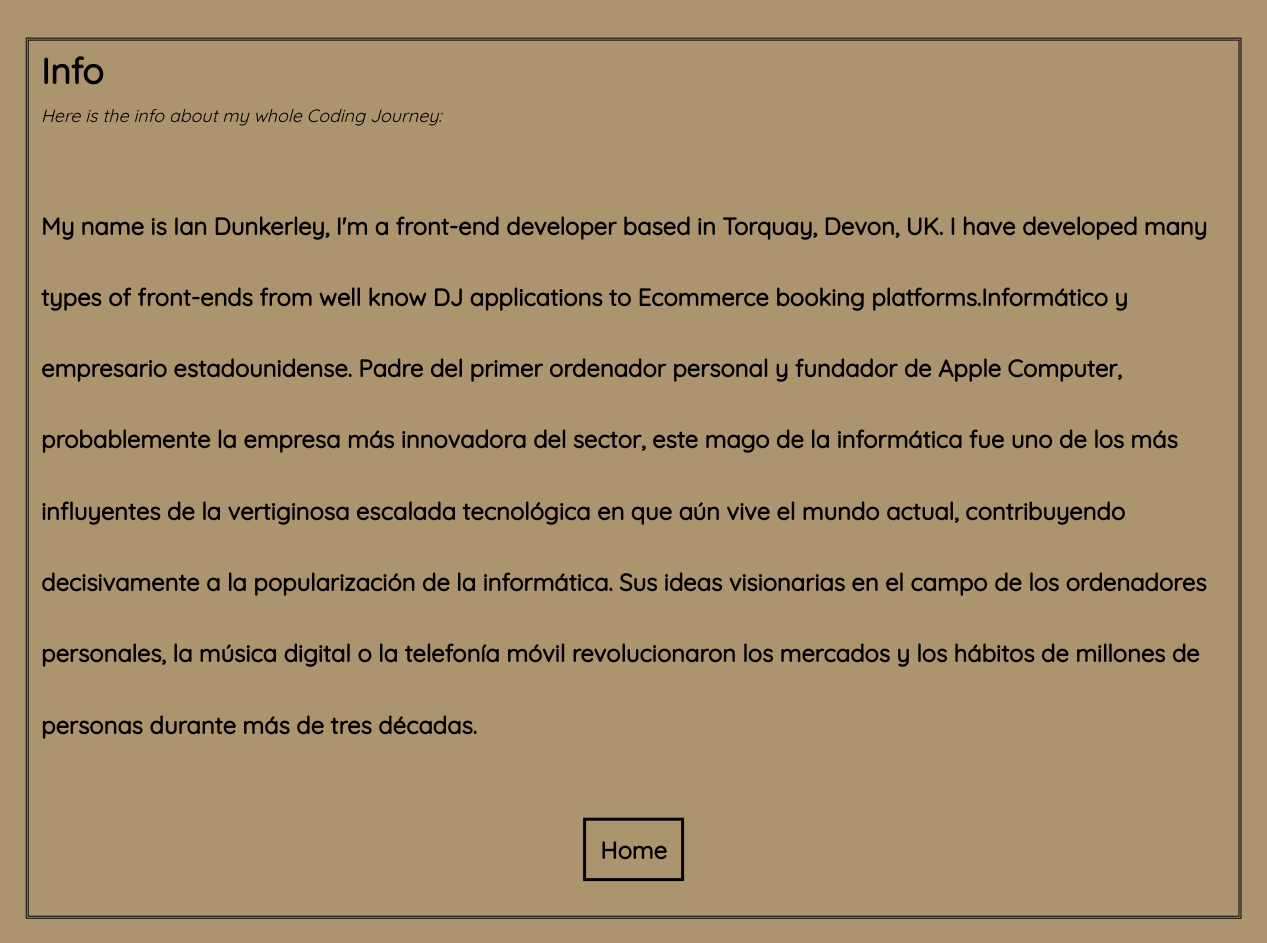
Repository: rickypcyt/ricky-react-portfolio
Page: /Info
These files come from the project's save history. The page is drawn as it stood at one moment and after the next save; the edit follows.
The browser window is 1280 px wide. The pictures show the whole page, at 99% of full size.
The project was rebuilt for these pictures with package versions that can differ from the ones it lists, and the page was loaded fresh each time. Also part of the build but not shown: src/Content.js, src/pages/Projects.js, src/pages/Contact.js, src/pages/WebMural.js, src/pages/NotesJS.js.

Above is the page before, as saved 2022-09-12 18:19:11.

### src/index.js
import React from "react";
import ReactDOM from "react-dom/client";
import "./index.css";
import App from "./App";
import reportWebVitals from "./reportWebVitals";
import { BrowserRouter, Routes, Route, Switch } from "react-router-dom";

const root = ReactDOM.createRoot(document.getElementById("root"));
root.render(
  <React.StrictMode>
    <BrowserRouter>
      <App />
    </BrowserRouter>
  </React.StrictMode>
);

// If you want to start measuring performance in your app, pass a function
// to log results (for example: reportWebVitals(console.log))
// or send to an analytics endpoint. Learn more: https://bit.ly/CRA-vitals
reportWebVitals();

### src/index.css
@import url("https://fonts.googleapis.com/css2?family=Quicksand");

input[type="file"] {
  display: none;
}
.container {
  top: 0%;
  left: 0%;
}
::marker {
  display: none;
}
.image-container {
  width: 100%;
  margin: auto;
  display: flex;
  flex-direction: row;
  justify-content: space-evenly;
  gap: 15px;
  padding: 10px;
}
body {
  line-height: 1;
  font-family: "Quicksand";
  font-size: large;
  margin: 2%;
  padding: 1%;
  border-style: double;
  margin-top: 3%;
  background: #ac946e;
}
ol {
  list-style: none;
  display: flex;
  padding: 0;
  justify-content: space-around;
  align-items: flex-start;
  display: flex;
  flex-wrap: wrap;
  align-content: center;
}
.content {
  position: absolute;
  right: calc(var(--pad) * 2);
  bottom: calc(var(--pad) * 2);
  white-space: nowrap;
}
.parrafo {
  line-height: 1.5;
  text-align: end;
  font-size: larger;
  padding-top: 1%;
}
.parrafo span {
  display: block;
}
.titulo {
  margin: 0;
}
.oli {
  font-weight: bold;
  border-style: solid;
  font-size: x-large;
  padding: 1ch;
}
.descripcion {
  font-weight: lighter;
  font-style: oblique;
}
.oli:hover {
  color: black;
  border-style: dotted;
}
.page {
  padding-top: 2%;
  padding-bottom: 3%;
}
.pageContact {
  padding-top: 8%;
  padding-bottom: 9%;
}
.cabeceranavi {
  padding-bottom: 2%;
}
p {
  font-weight: bold;
}
a {
  color: black;
  text-decoration: none;
  padding: 0ch;
}
span {
  font-size: larger;
}
li {
  width: 7%;
  height: 10%;
}
ul {
  list-style-type: none;
  margin: 0%;
  display: flex;
  align-items: center;
  flex-direction: row;
  padding-top: 5%;
  padding-bottom: 5%;
  padding-left: 0%;
  justify-content: space-around;
}
.imagenes {
  display: block;
  height: auto;
  width: auto;
  padding-top: 5%;
  padding-bottom: 5%;
}

.imagenesproyect {
  position: relative;
}
.fixer {
  display: flex;
  flex-direction: row;
  justify-content: space-evenly;
  padding-bottom: 3%;
}
.overlay {
  position: absolute;
  top: 0.83cm;

  background: rgb(0, 0, 0);
  background: rgb(2, 0.3, 0.9, 0.6); /* Black see-through */
  color: #f1f1f1;
  width: 100%;
  transition: 0.5s ease;
  color: white;
  text-align: center;
  font-size: 20px;
  padding-top: 20px;
  padding-bottom: 20px;
  opacity: 0;
}
.imagenesproyect:hover .overlay {
  opacity: 1;
}
.overlay2 {
  position: absolute;
  bottom: 31px;
  background: rgb(0, 0, 0);
  background: rgba(40, 40, 40, 0.6); /* Black see-through */
  color: #f1f1f1;
  width: 100%;
  transition: 0.5s ease;
  color: white;
  text-align: center;
  font-size: 20px;
  padding-top: 20px;
  padding-bottom: 20px;
  opacity: 0;
}
.imagenesproyect:hover .overlay2 {
  opacity: 1;
}

.homeinfo {
  font-size: x-large;
  line-height: 300%;
}

@media screen and (max-width: 1340px) {
  .fixer {
    flex-direction: column;
    justify-content: center;
  }
  .imagenes {
    height: auto;
    width: 100%;
  }
  ol {
  }
}

.image-container {
  width: auto;
  margin: auto;
  /* display: flex; */
  flex-wrap: wrap;
  gap: 15px;
  padding: 10px;
}

.image-container img {
  max-width: 100%;
  max-height: 225px;
}

.container .image-container .image {
  border: 4px solid black;
  overflow: hidden;
  /* cursor: pointer; */
}

.container .image-container .image img {
  height: 100%;
  width: 100%;
}
@media (max-width: 700px) {
  .image-container img {
    max-height: -10px;
  }
  .cabeceranavi {
    padding-bottom: 7%;
  }
  .homeinfo {
    font-size: x-large;
    line-height: 150%;
  }
}

.image:hover {
  transform: scale(
    1.15
  ); /* (150% zoom - Note: if the zoom is too large, it will go outside of the viewport) */
}

### src/App.js
import Content from "./Content";
import Info from "./pages/Info";
import Projects from "./pages/Projects";
import Contact from "./pages/Contact";
import WebMural from "./pages/WebMural";
import NotesJS from "./pages/NotesJS";
import { Route, Routes, Switch } from "react-router-dom";

function App() {
  return (
    <>
      <Routes>
        <Route path="/" element={<Content />}/>
        <Route path="/Projects" element={<Projects />} />
        <Route path="/Info" element={<Info />} />
        <Route path="/Contact" element={<Contact />} />
        <Route path="/WebMural" element={<WebMural />} />
        <Route path="/NotesJS" element={<NotesJS />} />
      </Routes>
    </>
  );
}
export default App;

### src/pages/Info.js
import { Link, useMatch, useResolvedPath } from "react-router-dom";
export default function Info() {
  return (
    <main>
      <div id="Page">
        <div className="cabecera">
          <h1 className="titulo">Info </h1>
          <p className="descripcion">
            Here is the info about my whole Coding Journey:
          </p>
        </div>
        <div className="separador">
          <section className="page" style={{ display: "block", opacity: 1 }}>
            <div className="homeinfo">
              <p>
                My name is Ian Dunkerley, I'm a front-end developer based in
                Torquay, Devon, UK. I have developed many types of front-ends
                from well know DJ applications to Ecommerce booking
                platforms.Informático y empresario estadounidense. Padre del
                primer ordenador personal y fundador de Apple Computer,
                probablemente la empresa más innovadora del sector, este mago de
                la informática fue uno de los más influyentes de la vertiginosa
                escalada tecnológica en que aún vive el mundo actual,
                contribuyendo decisivamente a la popularización de la
                informática. Sus ideas visionarias en el campo de los
                ordenadores personales, la música digital o la telefonía móvil
                revolucionaron los mercados y los hábitos de millones de
                personas durante más de tres décadas.
              </p>
            </div>
          </section>
          <nav className="cabeceranavi">
            <ol>
              <div>
                <CustomLink to="/" className="oli">
                  Home
                </CustomLink>
              </div>
            </ol>
          </nav>
        </div>
      </div>
    </main>
  );
}

function CustomLink({ to, children, ...props }) {
  const resolvedPath = useResolvedPath(to);
  const isActive = useMatch({ path: resolvedPath.pathname, end: true });
  return (
    <li className={isActive ? "active" : ""}>
      <Link to={to} {...props}>
        {children}
      </Link>
    </li>
  );
}

Loaded but not shown: public/index.html (common file); src/reportWebVitals.js (common file)

After the next save:
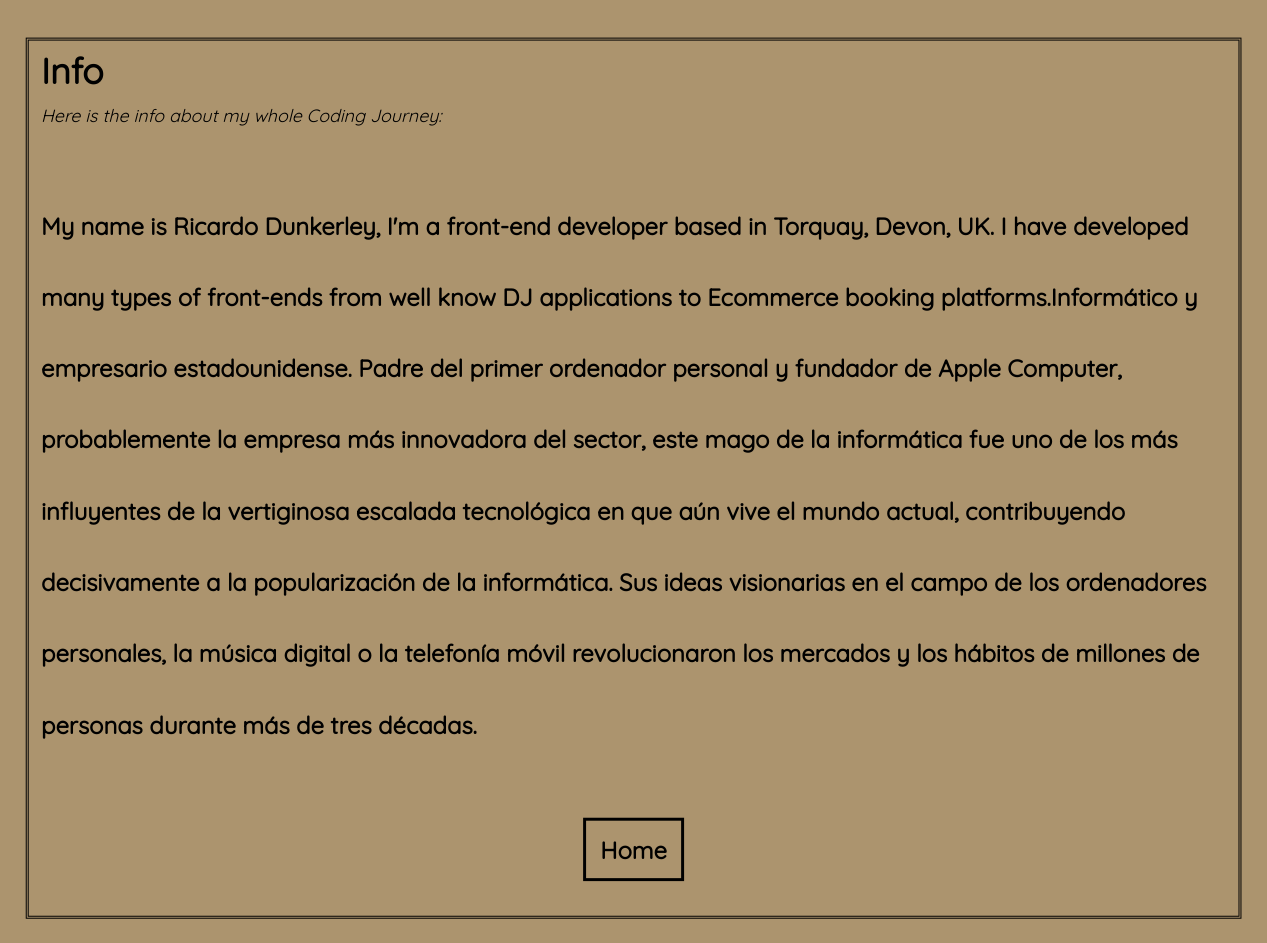
Saved 52 s later.
--- a/src/pages/Info.js
+++ b/src/pages/Info.js
@@ -13,7 +13,7 @@ export default function Info() {
           <section className="page" style={{ display: "block", opacity: 1 }}>
             <div className="homeinfo">
               <p>
-                My name is Ian Dunkerley, I'm a front-end developer based in
+                My name is Ricardo Dunkerley, I'm a front-end developer based in
                 Torquay, Devon, UK. I have developed many types of front-ends
                 from well know DJ applications to Ecommerce booking
                 platforms.Informático y empresario estadounidense. Padre del
